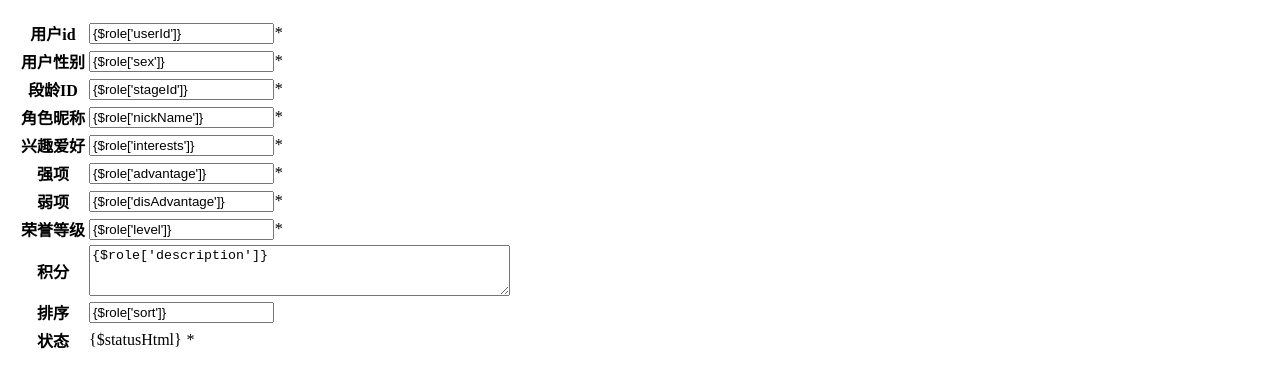
Repository: pridewu/hipi
Page: Education_dev_platform/branches/v1/Application/System/View/v1/Role/edit.html
These files come from the project's save history. The page is drawn as it stood at one moment and after the next save; the edit follows.
The browser window is 1280 px wide. The pictures show the whole page.

Above is the page before, as saved 2014-12-05 11:31:52.

### Education_dev_platform/branches/v1/Application/System/View/v1/Role/edit.html
<form id="edit_form" method="post" style="padding:10px">
<table class="editTable">
	<tr>
		<th>用户id</th>
		<td>
			<input type="hidden" id="id" name="id" value="{$role['id']}"/>
			<input type="text" id="userId" name="userId" value="{$role['userId']}"/><em>*</em>
		</td>
	<tr>
		<th>用户性别</th>
		<td>
			<input type="text" id="sex" name="sex" value="{$role['sex']}"/><em>*</em>
		</td>
	</tr>
	<tr>
		<th>段龄ID</th>
		<td>
			<input type="text" id="stageId" name="stageId" value="{$role['stageId']}"/><em>*</em>
		</td>
	</tr>
	<tr>
		<th>角色昵称</th>
		<td>
			<input type="text" id="nickName" name="nickName" value="{$role['nickName']}"/><em>*</em>
		</td>
	</tr>
	<tr>
		<th>兴趣爱好</th>
		<td>
			<input type="text" id="interests" name="interests" value="{$role['interests']}"/><em>*</em>
		</td>
	</tr>


	<tr>
		<th>强项</th>
		<td>
			<input type="text" id="advantage" name="advantage" value="{$role['advantage']}"/><em>*</em>
		</td>
	</tr>
	<tr>
		<th>弱项</th>
		<td>
			<input type="text" id="disAdvantage" name="disAdvantage" value="{$role['disAdvantage']}"/><em>*</em>
		</td>
	</tr>
	<tr>
		<th>荣誉等级</th>
		<td>
			<input type="text" id="level" name="level" value="{$role['level']}"/><em>*</em>
		</td>
	</tr>
	<tr>
		<th>积分</th>
		<td>
			<textarea name="description" id="description" cols="50" rows="3">{$role['description']}</textarea>
		</td>
	</tr>
	<tr>
		<th>排序</th>
		<td><input type="text" id="sort" name="sort" value="{$role['sort']}"/></td>
	</tr>
	<tr><th>状态</th><td>{$statusHtml} <em>*</em></td></tr>
</table>
</form>

After the next save:
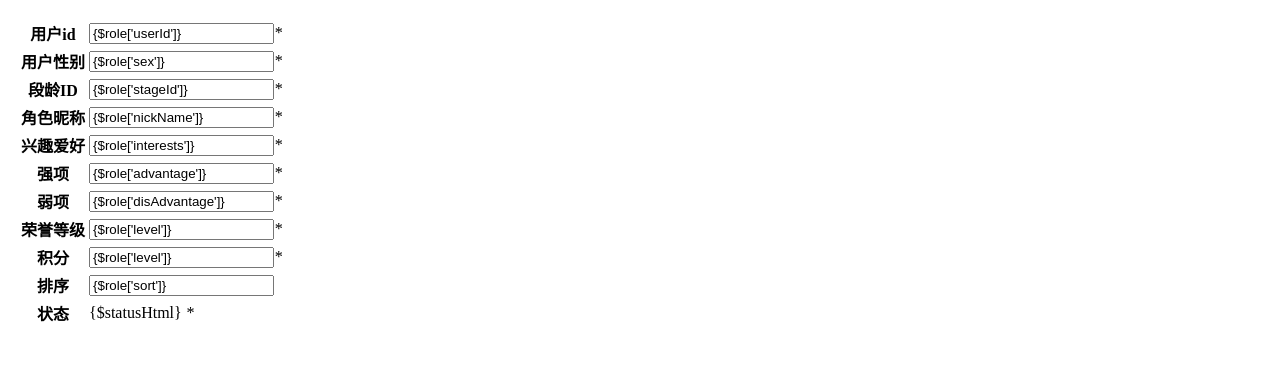
Saved 6 s later.
--- a/Education_dev_platform/branches/v1/Application/System/View/v1/Role/edit.html
+++ b/Education_dev_platform/branches/v1/Application/System/View/v1/Role/edit.html
@@ -53,7 +53,7 @@
 	<tr>
 		<th>积分</th>
 		<td>
-			<textarea name="description" id="description" cols="50" rows="3">{$role['description']}</textarea>
+			<input type="text" id="level" name="level" value="{$role['level']}"/><em>*</em>
 		</td>
 	</tr>
 	<tr>
